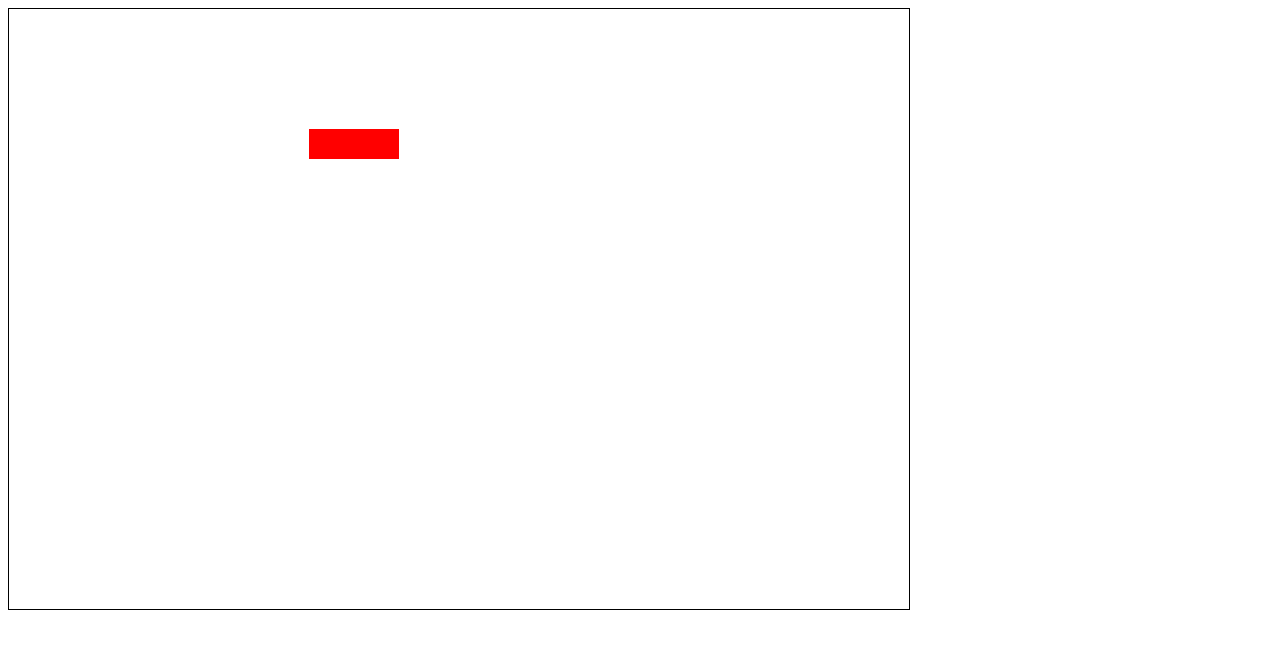
Repository: 0Memo/serpent
Page: index.html
The author's editor kept a copy of each file at every save. The page is drawn from the files as they stood at one save, then again after the next save.
The browser window is 1280 px wide. The pictures show the whole page.

Above is the page before, as saved 2020-12-16 07:52:06.

After the next save:
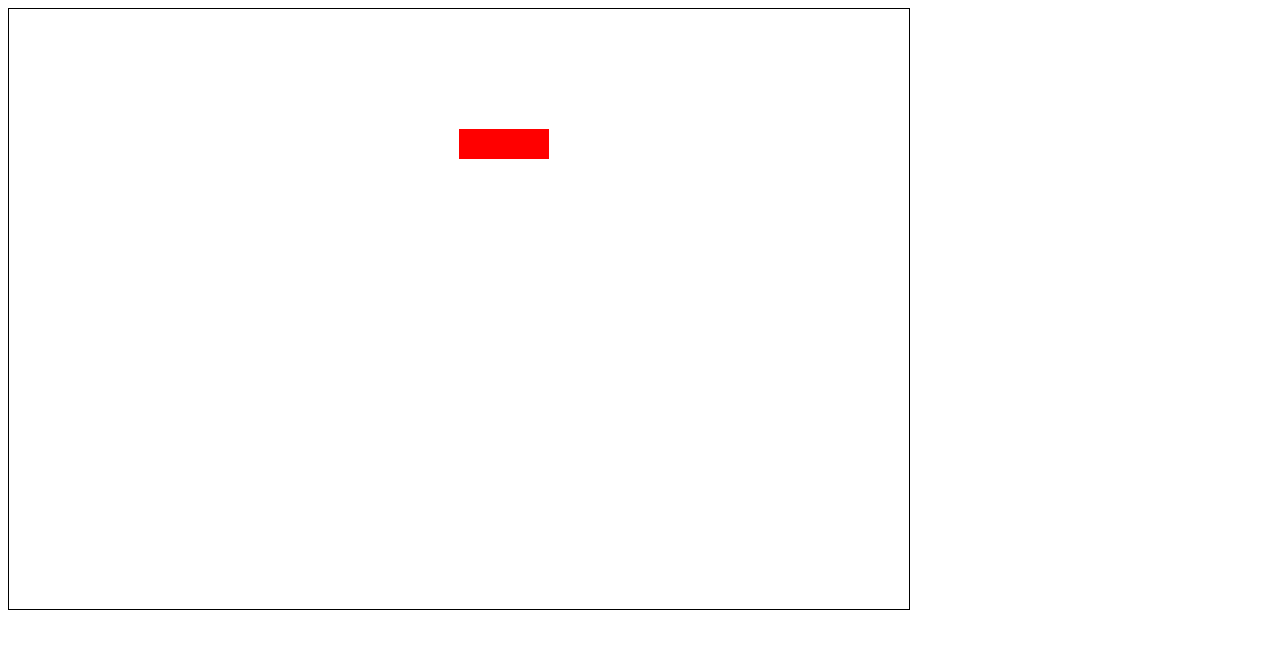
Saved 15 s later.
--- a/js/script.js
+++ b/js/script.js
@@ -3,7 +3,7 @@
     var canvasHeight = 600;
     var blockSize = 30;
     var ctx;
-    var delay = 1000;
+    var delay = 500;
     var snakey;
 
     init();

After the save that followed:
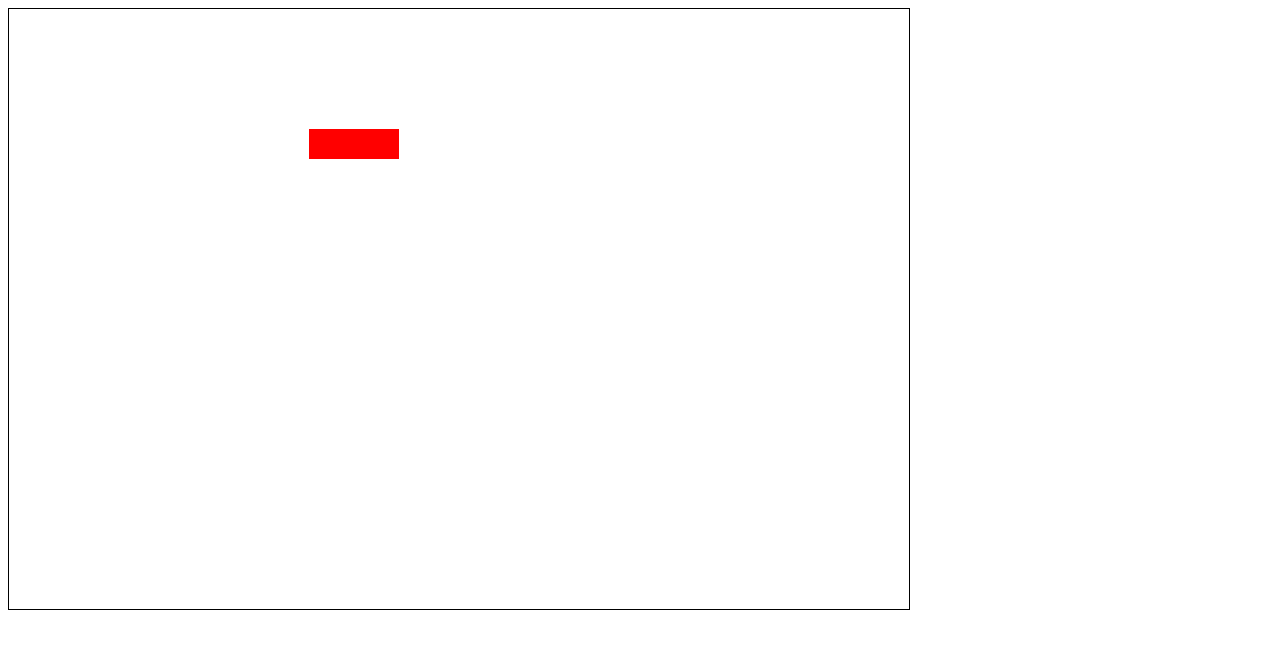
Saved 8 s later.
--- a/js/script.js
+++ b/js/script.js
@@ -3,7 +3,7 @@
     var canvasHeight = 600;
     var blockSize = 30;
     var ctx;
-    var delay = 500;
+    var delay = 1000;
     var snakey;
 
     init();
